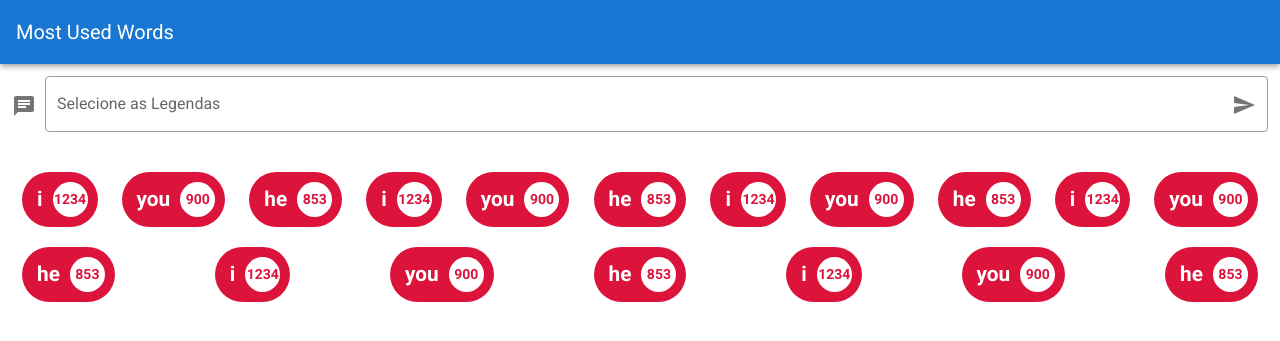
Repository: WillianPer/MOST-USED-WORDS
Page: /
The author's editor kept a copy of each file at every save. The page is drawn from the files as they stood at one save, then again after the next save.
The browser window is 1280 px wide. The pictures show the whole page.
The project was rebuilt for these pictures with package versions that can differ from the ones it lists, and the page was loaded fresh each time. Also part of the build but not shown: vue.config.js.

Above is the page before, as saved 2022-09-06 22:58:39.

After the next save:
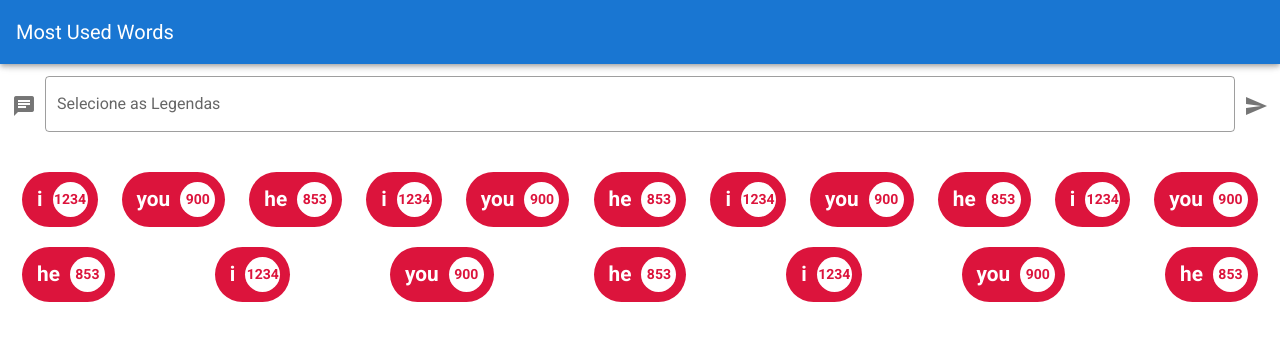
Saved 50 s later.
--- a/src/components/HomeVue.vue
+++ b/src/components/HomeVue.vue
@@ -5,7 +5,7 @@
             <v-file-input
                 label="Selecione as Legendas"
                 prepend-icon="mdi-message-text"
-                append-icon="mdi-send"
+                append-outer-icon="mdi-send"
                 outlined
                 multiple
                 chips

After the save that followed:
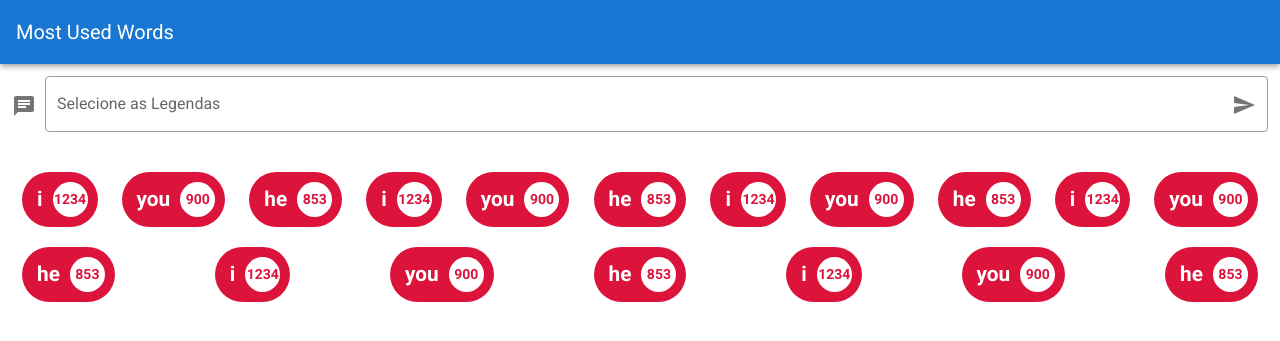
Saved 5 min 50 s later.
--- a/src/components/HomeVue.vue
+++ b/src/components/HomeVue.vue
@@ -5,11 +5,13 @@
             <v-file-input
                 label="Selecione as Legendas"
                 prepend-icon="mdi-message-text"
-                append-outer-icon="mdi-send"
+                append-icon="mdi-send"
                 outlined
                 multiple
                 chips
-                v-model="files" />
+                v-model="files"
+                @click:append-outer="processSubtitles" />
+                <!-- append-outer-icon="mdi-send" -->
         </v-form>
 
         <div class="pills">
